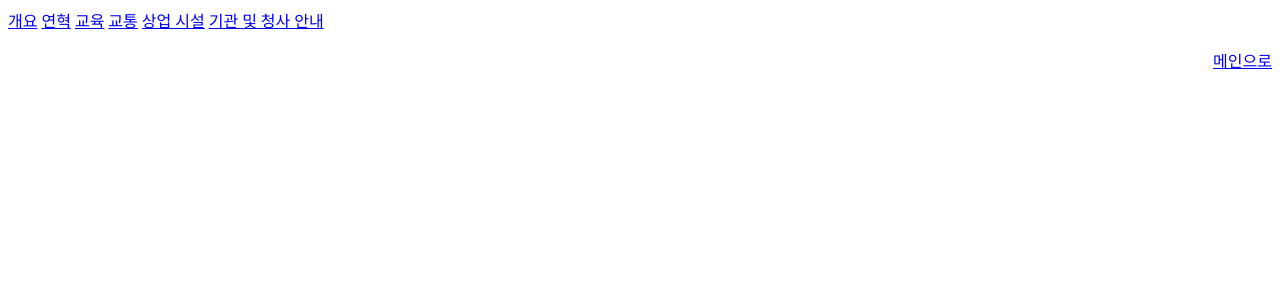
Repository: joon14/NB_pro01
Page: http://localhost/pro01/menu.jsp
The author's editor kept a copy of each file at every save. The page is drawn from the files as they stood at one save, then again after the next save.
The browser window is 1280 px wide. The pictures show the whole page.
The page is served by Tomcat 9.

Above is the page before, as saved 2024-04-01 04:50:43.

After the next save:
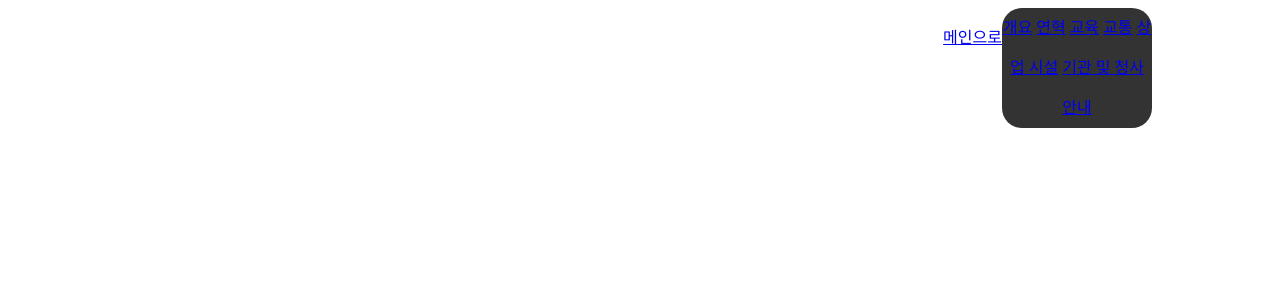
Saved 2 min 28 s later.
--- a/pro01/WebContent/menu.jsp
+++ b/pro01/WebContent/menu.jsp
@@ -1,6 +1,9 @@
 <%@ page language="java" contentType="text/html; charset=UTF-8"
     pageEncoding="UTF-8"%>
-<nav id="gnb">
+<nav id="gnb" style="float:right;margin-right:120px;
+text-decoration:none;border-radius:20px; width:150px;
+line-height:40px; background:#333; color:#fff;
+text-align:center;margin-bottom:50px;">
 	<a href="outline.jsp">개요</a>
 	<a href="history.jsp">연혁</a>
 	<a href="education.jsp">교육</a>

After the save that followed:
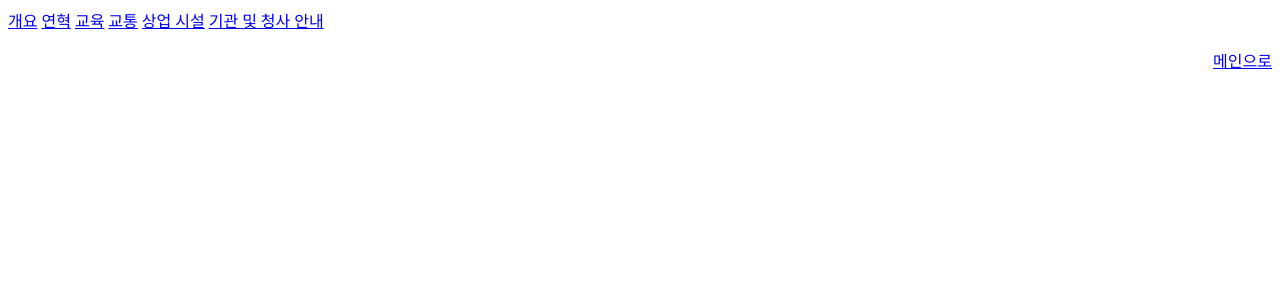
Saved 10 min 13 s later.
--- a/pro01/WebContent/menu.jsp
+++ b/pro01/WebContent/menu.jsp
@@ -1,9 +1,6 @@
 <%@ page language="java" contentType="text/html; charset=UTF-8"
     pageEncoding="UTF-8"%>
-<nav id="gnb" style="float:right;margin-right:120px;
-text-decoration:none;border-radius:20px; width:150px;
-line-height:40px; background:#333; color:#fff;
-text-align:center;margin-bottom:50px;">
+<nav id="gnb">
 	<a href="outline.jsp">개요</a>
 	<a href="history.jsp">연혁</a>
 	<a href="education.jsp">교육</a>
